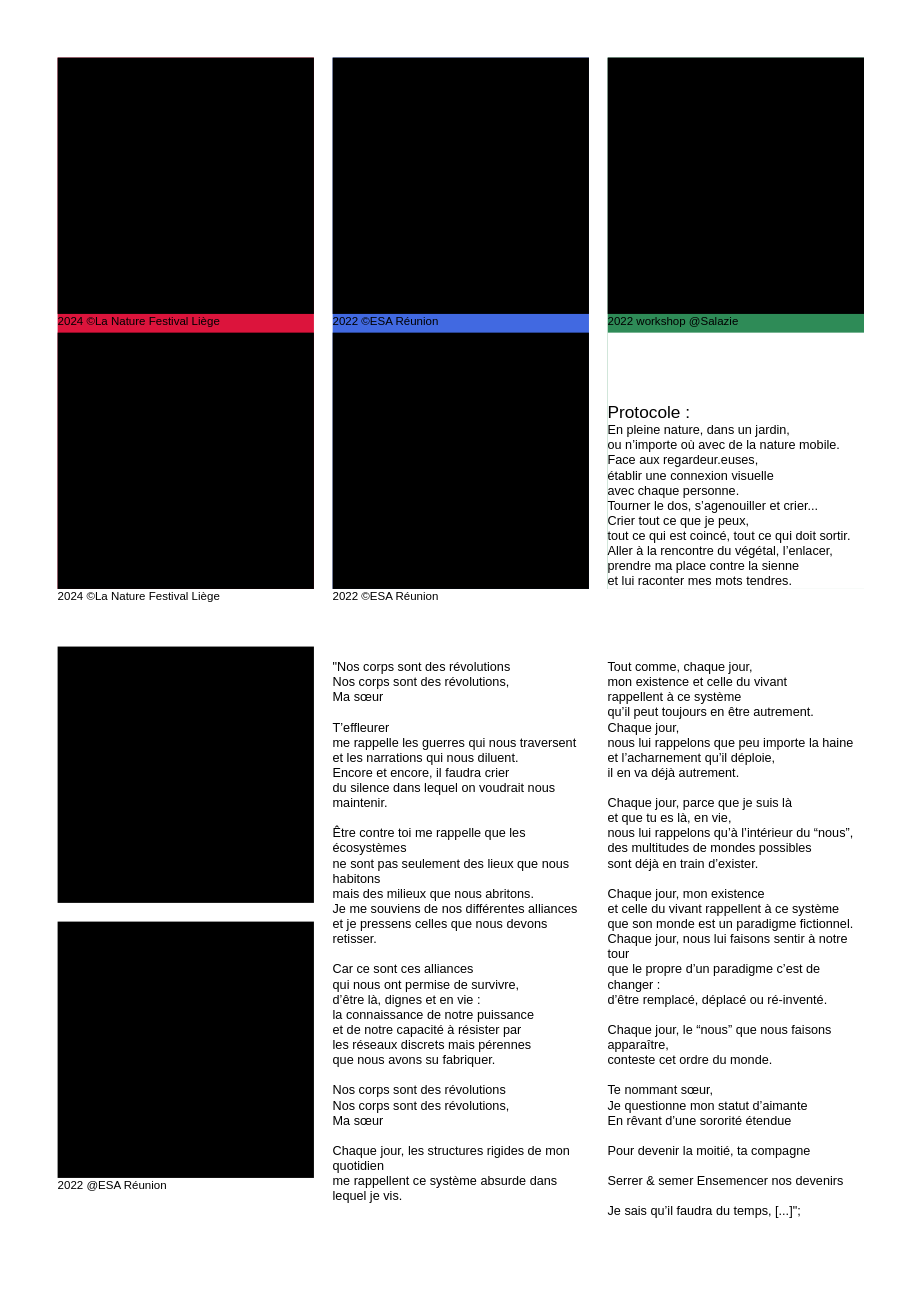
Repository: brunrhb/oce-p
Page: index.html
These files come from the project's save history. The page is drawn as it stood at one moment and after the next save; the edit follows.
The browser window is 1280 px wide. The pictures show the whole page, at 72% of full size.

Above is the page before, as saved 2025-06-07 11:43:16.

### index.html
<!DOCTYPE html>
<html lang="fr">
<head>
  <meta charset="UTF-8">
  <meta name="viewport" content="width=device-width, initial-scale=1.0">
  <title>Grid 3 colonnes avec placeholders</title>
  <link rel="stylesheet" href="styles.css">
  <script defer src="content.js"></script>
</head>
<body>



  <section PROJET1 LIASONS VEGETALES>

<div class="grid-p1s1" id="partie1">

<div class="col-p1s1-1">
  <div class="media-block-p1s1">
    <div class="placeholder-p1s1"></div>
    <p class="credit" data-content="p1s1-credit1"></p>
  </div>

  <div class="media-block-p1s1">
    <div class="placeholder-p1s1"></div>
    <p class="credit" data-content="p1s1-credit2"></p>
  </div>
</div>

    <div class="col-p1s1-2">
      <div class="media-block-p1s1">
        <div class="placeholder-p1s1"></div>
        <p class="credit" data-content="p1s1-credit3"></p>
      </div>
      <div class="media-block-p1s1">
        <div class="placeholder-p1s1"></div>
        <p class="credit" data-content="p1s1-credit4"></p>
      </div>
    </div>

    <div class="col-p1s1-3">
      <div class="media-block-p1s1">
        <div class="placeholder-p1s1"></div>
        <p class="credit" data-content="p1s1-credit5"></p>
      </div>
     <div class="text-block-p1s1">
       <p class="protocole-titre" data-content="p1s1-protocole-titre"></p>
       <p class="protocole-corps" data-content="p1s1-protocole-corps"></p>
    </div>

  </div>

</div>

<div class="grid-p1s2" id="partie2">

  <div class="col-p1s2-1">
    <div class="media-block-p1s2-1">
    <div class="placeholder-p1s1"></div>
      <div class="media-block-p1s2-2">
      <div class="placeholder-p1s1"></div>
      <p class="credit" data-content="p1s2-credit"></p>
    </div>
    </div>
  </div>

  <div class="col-p1s2-2">
      <div class="text-block-p1s2">
        <p class="extrait" data-content="p1s2-extrait1"></p>
      </div>
  </div>

  <div class="col-p1s2-3">
      <div class="text-block-p1s2">
        <p class="extrait" data-content="p1s2-extrait2"></p>
      </div>

  </div>



</div>
  </section>

</body>
</html>

### styles.css
body {
  margin: 0;
  font-family: sans-serif;
}

/* #region PROJET1 LIASONS VEGETALES*/
.p1 {
  display: flex;
  flex-direction: column;
  justify-content: flex-start;
  gap: 2vw;

}


/* #region slide1*/

/* 1 grille et colonnes */

.grid-p1s1 {
  display: grid;
  grid-template-columns: 1fr 1fr 1fr;
  padding-top: 5rem;
  padding-bottom: 5rem;
  padding-left:5rem ;
  padding-right:5rem ;
  column-gap: 2vw;
}

.col-p1s1-1 {
  display: flex;
  flex-direction: column;
  justify-content: flex-start;
  gap: 2vw;


  background-color: crimson;
}

.col-p1s1-2 {
  display: flex;
  flex-direction: column;
  justify-content: flex-start;
  gap: 2vw;

  background-color: royalblue;
}

.col-p1s1-3 {
  display: flex;
  flex-direction: column;
  justify-content: flex-start;
  gap: 2vw;

  background-color: seagreen;
}


/* 2 blocks et elements */

.media-block-p1s1 {
  display: block;
  width: 100%;
}

.placeholder-p1s1 {
  aspect-ratio: 1 / 1;
  width: 100%;
  background-color: black;
}

.credit {
  position: absolute;
  font-size: 1rem;
  line-height: 1.2;
  margin: 0;
  z-index: 10;

}

.text-block-p1s1 {
  display: flex;
  flex-direction: column;
  justify-content: flex-end;

  width: 100%;
  aspect-ratio: 1 / 1;
  background-color: white;

  padding: 0;
  margin: 0;
  gap: 0;
}

.protocole-titre {
  font-size: 1.5rem;
  margin: 0;
  padding: 0;
}

.protocole-corps {
  font-size: 1.1rem;
  margin: 0;
  padding: 0;
}

/* #endregion */


/* #region slide2

credit v`
*/

/* 1 grille et colonnes */

.grid-p1s2 {
  display: grid;
  grid-template-columns: 1fr 1fr 1fr;
  padding-bottom: 5rem;
  padding-left:5rem ;
  padding-right:5rem ;
  column-gap: 2vw;
}

.col-p1s2-1 {
  display: flex;
  flex-direction: column;
  justify-content: flex-start;
  gap: 20vw;
}

.col-p1s2-2 {
  display: flex;
}

.col-p1s2-3 {
  display: flex;
}


/* 2 blocks et elements */

.media-block-p1s2-1 {
  display: flex;
  flex-direction: column;
  gap: 2vw;
  position: relative;
  width: 100%;

}

.media-block-p1s2-2 {
  display: block;
  position: relative;
  width: 100%;

}

.text-block-p1s2 {
  gap: 0;
}

.extrait {
  font-size: 1.1rem;
}



/* #endregion */


/* #endregion */

### content.js
const content = {};

// #region PROJET1

// #region p1s1
content["p1s1-credit1"] = "2024 ©La Nature Festival Liège";
content["p1s1-credit2"] = "2024 ©La Nature Festival Liège";
content["p1s1-credit3"] = "2022 ©ESA Réunion";
content["p1s1-credit4"] = "2022 ©ESA Réunion";
content["p1s1-credit5"] = "2022 workshop @Salazie";

content["p1s1-protocole-titre"] = "Protocole :";
content["p1s1-protocole-corps"] = `
  En pleine nature, dans un jardin,<br>
  ou n’importe où avec de la nature mobile.<br>
  Face aux regardeur.euses,<br>
  établir une connexion visuelle<br>
  avec chaque personne.<br>
  Tourner le dos, s’agenouiller et crier...<br>
  Crier tout ce que je peux,<br>
  tout ce qui est coincé, tout ce qui doit sortir.<br>
  Aller à la rencontre du végétal, l’enlacer,<br>
  prendre ma place contre la sienne<br>
  et lui raconter mes mots tendres.
`;
// #endregion

// #region p1s2
content["p1s2-credit"] = "2022 @ESA Réunion";

content["p1s2-extrait1"] = `
  "Nos corps sont des révolutions<br>
Nos corps sont des révolutions,<br>
Ma sœur<br><br>

T’effleurer<br>
me rappelle les guerres qui nous traversent<br>
et les narrations qui nous diluent.<br>
Encore et encore, il faudra crier<br>
du silence dans lequel on voudrait nous maintenir.<br><br>

Être contre toi me rappelle que les écosystèmes<br>
ne sont pas seulement des lieux que nous habitons<br>
mais des milieux que nous abritons.<br>
Je me souviens de nos différentes alliances<br>
et je pressens celles que nous devons retisser.<br><br>

Car ce sont ces alliances<br>
qui nous ont permise de survivre,<br>
d’être là, dignes et en vie :<br>
la connaissance de notre puissance<br>
et de notre capacité à résister par<br>
les réseaux discrets mais pérennes<br>
que nous avons su fabriquer.<br><br>

Nos corps sont des révolutions<br>
Nos corps sont des révolutions,<br>
Ma sœur<br><br>

Chaque jour, les structures rigides de mon quotidien<br>
me rappellent ce système absurde dans lequel je vis.
 `;
content["p1s2-extrait2"] = `
Tout comme, chaque jour,<br>
mon existence et celle du vivant<br>
rappellent à ce système<br>
qu’il peut toujours en être autrement.<br>
Chaque jour,<br>
nous lui rappelons que peu importe la haine<br>
et l’acharnement qu’il déploie,<br>
il en va déjà autrement.<br><br>

Chaque jour, parce que je suis là<br>
et que tu es là, en vie,<br>
nous lui rappelons qu’à l’intérieur du “nous”,<br>
des multitudes de mondes possibles<br>
sont déjà en train d’exister.<br><br>

Chaque jour, mon existence<br>
et celle du vivant rappellent à ce système<br>
que son monde est un paradigme fictionnel.<br>
Chaque jour, nous lui faisons sentir à notre tour<br>
que le propre d’un paradigme c’est de changer :<br>
d’être remplacé, déplacé ou ré-inventé.<br><br>

Chaque jour, le “nous” que nous faisons apparaître,<br>
conteste cet ordre du monde.<br><br>

Te nommant sœur,<br>
Je questionne mon statut d’aimante<br>
En rêvant d’une sororité étendue<br><br>

Pour devenir la moitié, ta compagne<br><br>

Serrer & semer Ensemencer nos devenirs<br><br>

Je sais qu’il faudra du temps, [...]";
 `;
// #endregion

// #endregion


// #region injection
window.addEventListener("DOMContentLoaded", () => {
  Object.entries(content).forEach(([key, value]) => {
    const el = document.querySelector(`[data-content="${key}"]`);
    if (el) el.innerHTML = value;
  });
});
// #endregion

After the next save:
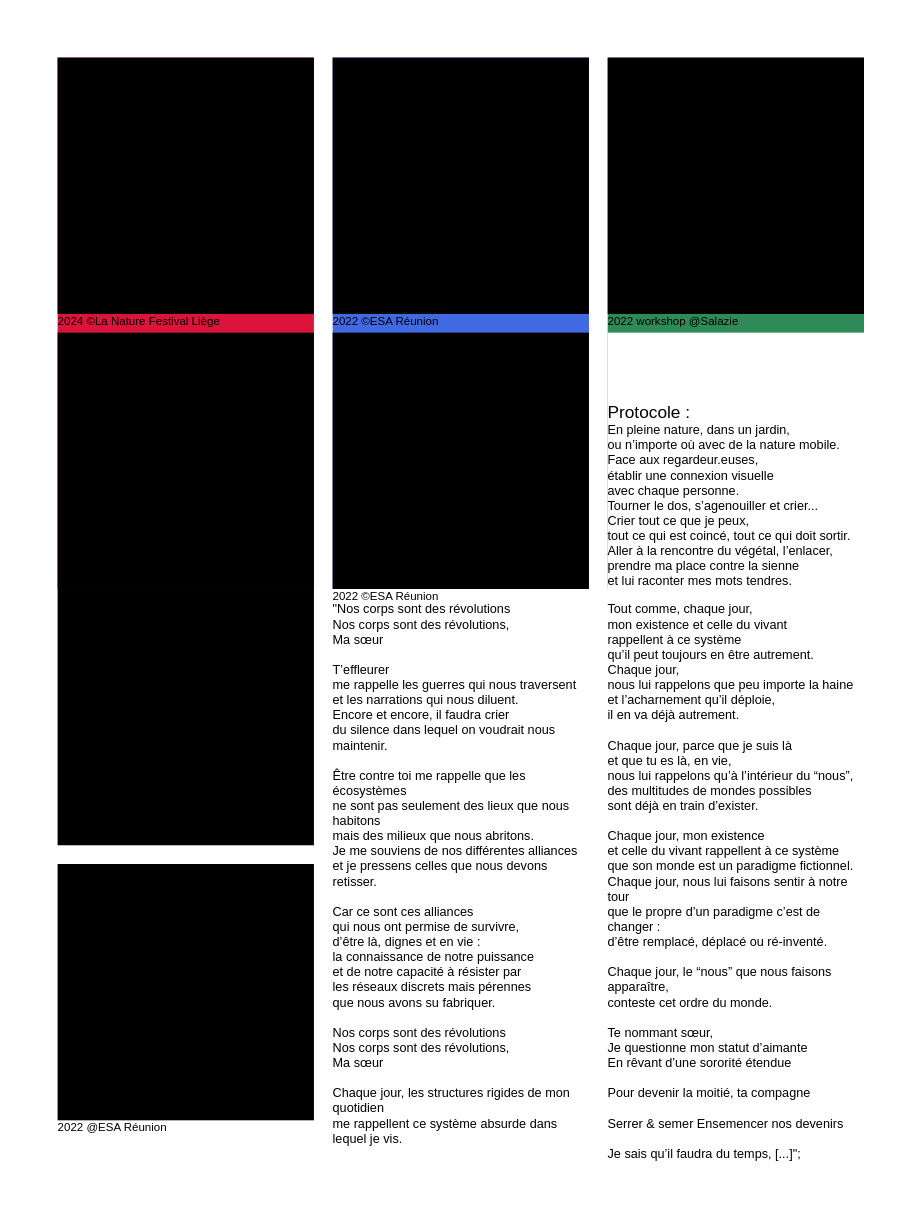
Saved 7 s later.
--- a/styles.css
+++ b/styles.css
@@ -21,7 +21,6 @@ body {
   display: grid;
   grid-template-columns: 1fr 1fr 1fr;
   padding-top: 5rem;
-  padding-bottom: 5rem;
   padding-left:5rem ;
   padding-right:5rem ;
   column-gap: 2vw;
